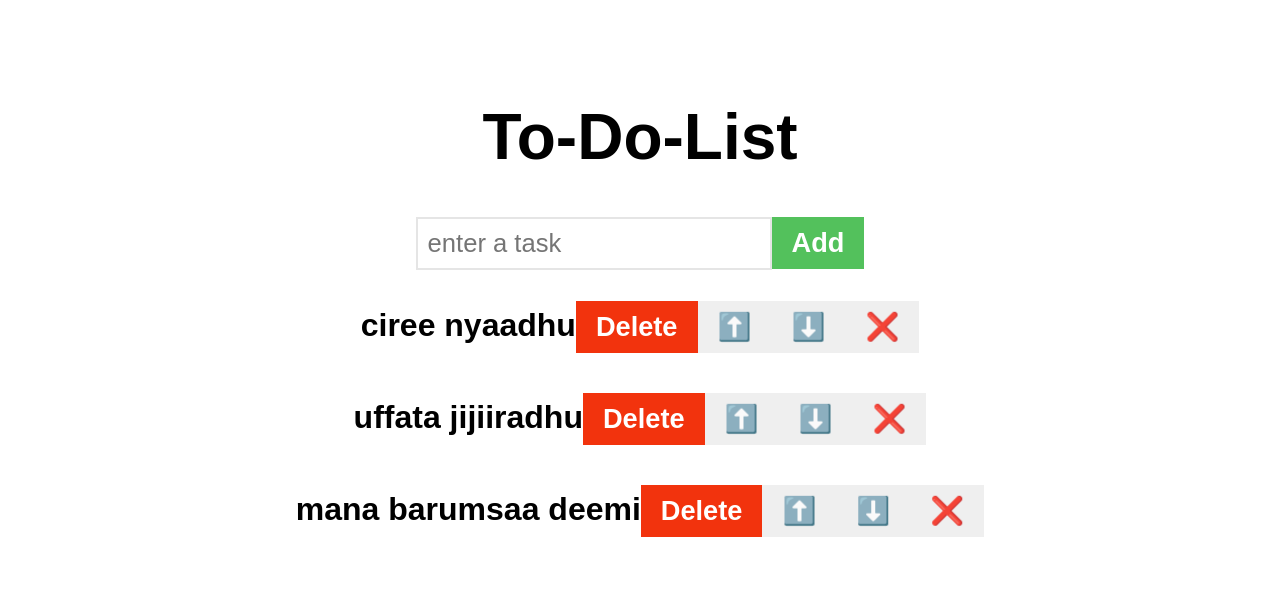
Repository: wakoya-tech/to-do-list-app
Page: /
An editor plug-in stored every save of this project. The page is shown before and after the next save, followed by the edit.
The browser window is 1280 px wide. The pictures show the whole page.
The project was rebuilt for these pictures with package versions that can differ from the ones it lists, and the page was loaded fresh each time. Also part of the build but not shown: vite.config.js, src/App.css.

Above is the page before, as saved 2025-10-16 16:51:50.

After the next save:
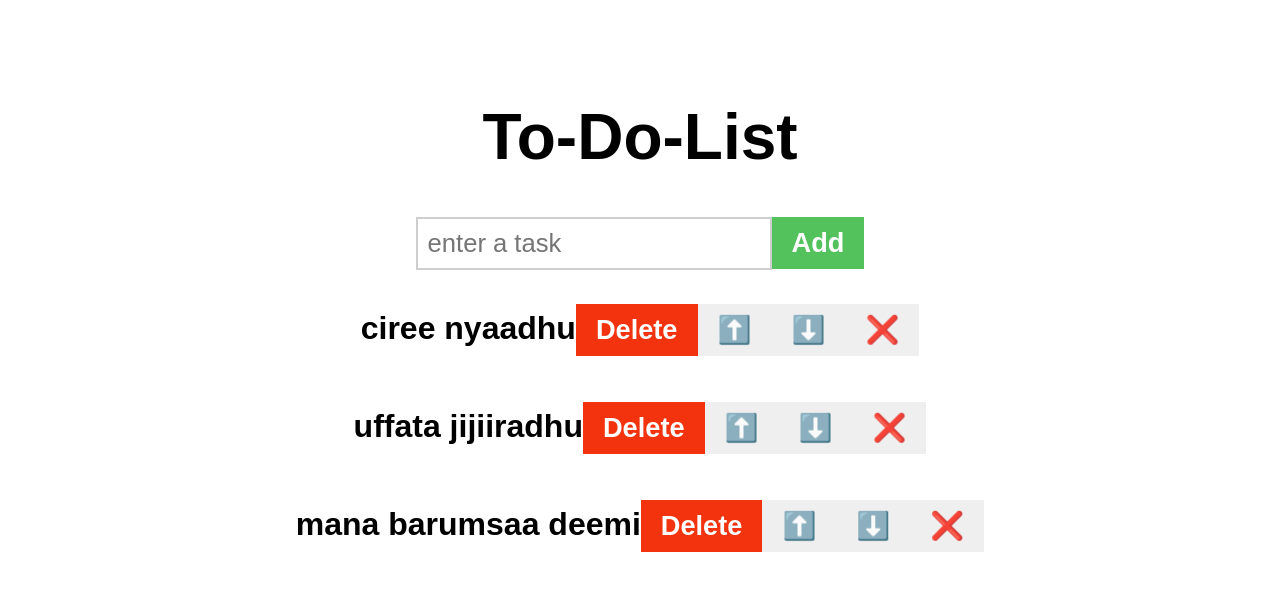
Saved 93 s later.
--- a/src/index.css
+++ b/src/index.css
@@ -32,7 +32,7 @@ background-color: hsl(125,47%,54%);
 input[type="text"]{
   font-size: 1.6rem;
   padding: 10px;
-  border: 2px solid hsla(0,0%,80%,0.5);
+  border: 2px solid hsla(0, 0%, 80%, 0.959);
 }
 ol{
   padding: 0;
@@ -44,4 +44,5 @@ li{
   padding: 15px;
   background-color: rgb(255, 255, 255);
   margin-bottom: 10px;
+  border: 3px solid hsla(0, 0%, 100%, 0.726);
 }
